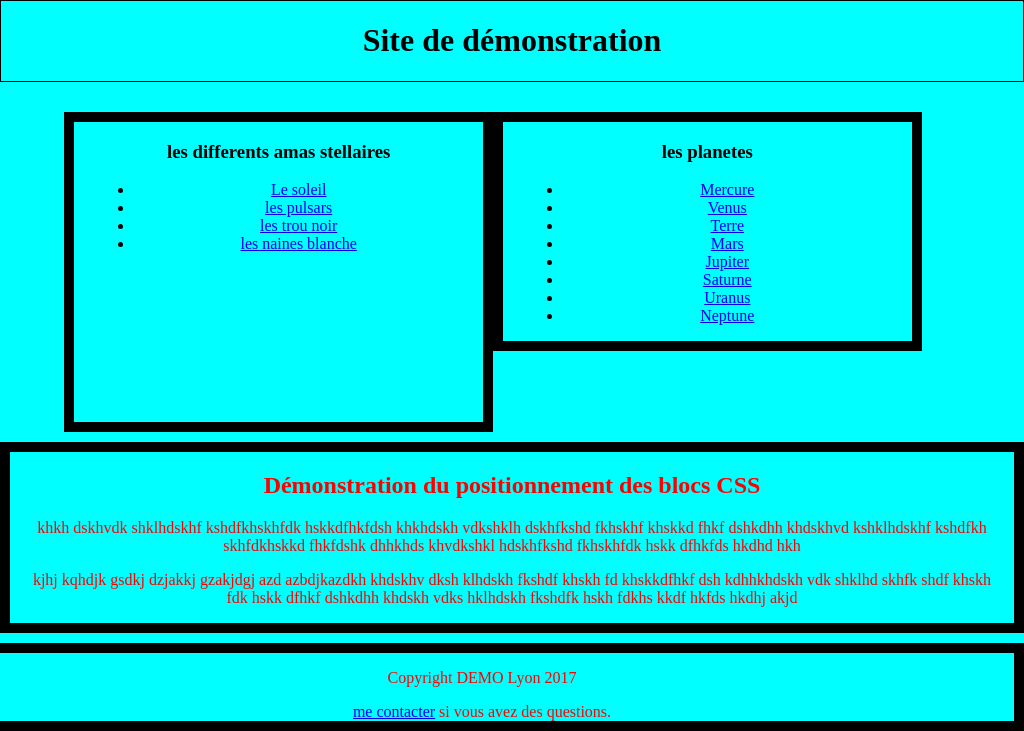
Repository: Poulpyto/fitec
Page: workspaceHtmlFlo/ModelePage1Flo/WebContent/index.html
These files come from the project's save history. The page is drawn as it stood at one moment and after the next save; the edit follows.
The browser window is 1024 px wide. The pictures show the whole page.

Above is the page before, as saved 2017-04-04 13:31:33.

After the next save:
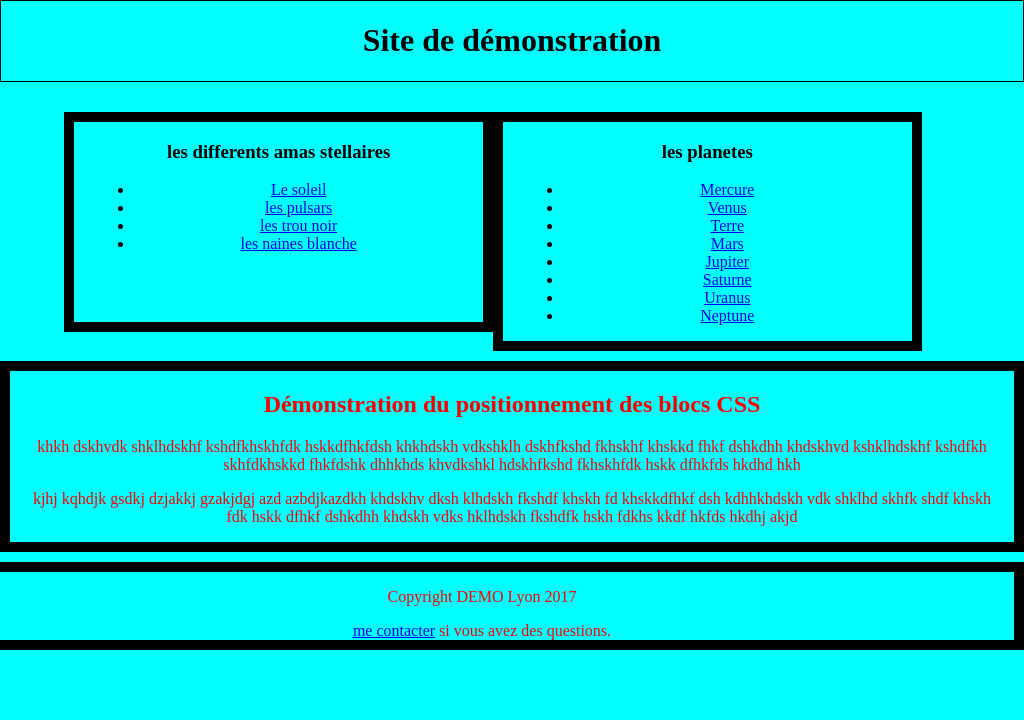
Saved 6 s later.
--- a/workspaceHtmlFlo/ModelePage1Flo/WebContent/css/style.css
+++ b/workspaceHtmlFlo/ModelePage1Flo/WebContent/css/style.css
@@ -67,7 +67,7 @@ body {
 .espace{
 	float: right;
 	width: 40%;
-	height: 300px;
+	height: 200px;
 }
 #content {
 	width:100%;
